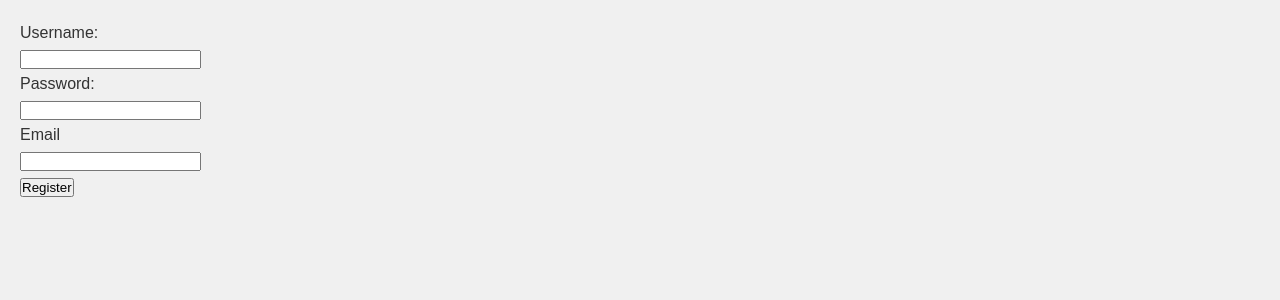
Repository: Javimetro/UniZen
Page: client/public/register.html
The author's editor kept a copy of each file at every save. The page is drawn from the files as they stood at one save, then again after the next save.
The browser window is 1280 px wide. The pictures show the whole page.

Above is the page before, as saved 2024-03-12 17:39:26.

After the next save:
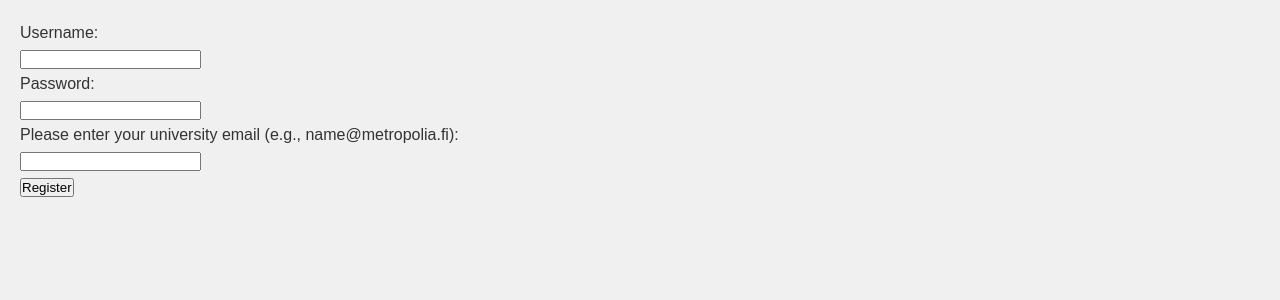
Saved 14 min 33 s later.
--- a/client/public/register.html
+++ b/client/public/register.html
@@ -13,7 +13,7 @@
     <input type="text" id="username" name="username" required><br>
     <label for="password">Password:</label><br>
     <input type="password" id="password" name="password" maxlength="8" required><br>
-    <label for="email">Email</label><br>
+    <label for="email">Please enter your university email (e.g., name@metropolia.fi):</label><br>
     <input type="email" id="email" name="email" pattern="[a-z0-9._%+-]+@[a-z0-9.-]+\.[a-z]{2,}$" required><br>
     <input type="submit" value="Register">
   </form>
@@ -22,15 +22,9 @@
   <script>
     function validateForm() {
       var password = document.getElementById("password").value;
-      var email = document.getElementById("email").value;
 
       if (password.length > 8) {
         alert("Password must be maximum 8 characters long.");
-        return false;
-      }
-
-      if (!email.endsWith("@university.edu")) {
-        alert("Please enter a valid university email address.");
         return false;
       }
 
